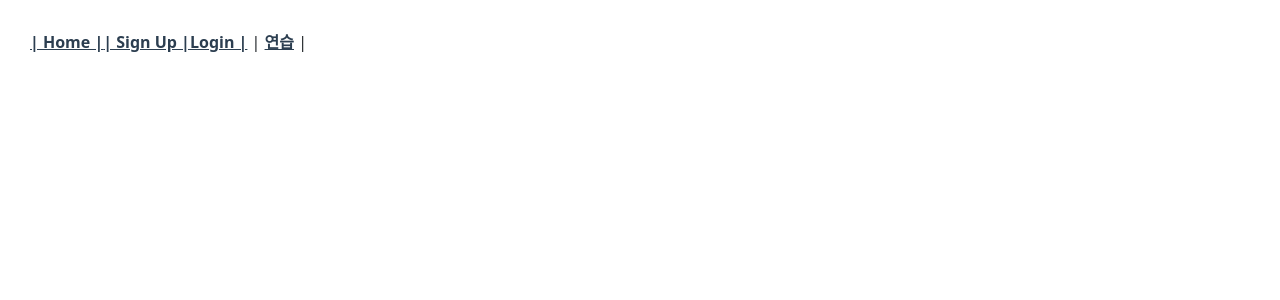
Repository: ryuwc/E_U
Page: /random (app in final-pjt-front/)
The author's editor kept a copy of each file at every save. The page is drawn from the files as they stood at one save, then again after the next save.
The browser window is 1280 px wide. The pictures show the whole page.
The page's requests for data from a server got no answer. The project was rebuilt for these pictures with package versions that can differ from the ones it lists, and the page was loaded fresh each time. No one was signed in, and anything a server would have sent is missing. Also part of the build but not shown: final-pjt-front/vue.config.js.

Above is the page before, as saved 2022-11-20 16:34:00.

### final-pjt-front/public/index.html
<!DOCTYPE html>
<html lang="">
  <head>
    <meta charset="utf-8">
    <meta http-equiv="X-UA-Compatible" content="IE=edge">
    <meta name="viewport" content="width=device-width,initial-scale=1.0">
    <link rel="icon" href="<%= BASE_URL %>favicon.ico">
    <title><%= htmlWebpackPlugin.options.title %></title>
    <link href="https://cdn.jsdelivr.net/npm/bootstrap@5.2.0/dist/css/bootstrap.min.css" rel="stylesheet" integrity="sha384-gH2yIJqKdNHPEq0n4Mqa/HGKIhSkIHeL5AyhkYV8i59U5AR6csBvApHHNl/vI1Bx" crossorigin="anonymous">
    <link rel="preconnect" href="https://fonts.googleapis.com">
    <link rel="preconnect" href="https://fonts.gstatic.com" crossorigin>
    <link href="https://fonts.googleapis.com/css2?family=Pacifico&display=swap" rel="stylesheet">
  </head>
  <body>
    <noscript>
      <strong>We're sorry but <%= htmlWebpackPlugin.options.title %> doesn't work properly without JavaScript enabled. Please enable it to continue.</strong>
    </noscript>
    <div id="app"></div>
    <!-- built files will be auto injected -->
    <script src="https://cdn.jsdelivr.net/npm/bootstrap@5.2.0/dist/js/bootstrap.bundle.min.js" integrity="sha384-A3rJD856KowSb7dwlZdYEkO39Gagi7vIsF0jrRAoQmDKKtQBHUuLZ9AsSv4jD4Xa" crossorigin="anonymous"></script>
  </body>
</html>

### final-pjt-front/src/main.js
import Vue from 'vue'
import App from './App.vue'
import store from './store'
import router from './router'
import './assets/tailwind.css'
import axios from 'axios'

Vue.config.productionTip = false

axios.defaults.xsrfCookieName = 'csrftoken'
axios.defaults.xsrfHeaderName = 'X-CSRFToken'

new Vue({
  store,
  router,
  render: h => h(App)
}).$mount('#app')

### final-pjt-front/src/App.vue
<template>
  <div id="app">
    <nav>
      <router-link  to="/home">| Home |</router-link>
      <router-link v-if="!isLogin" to="/signup">| Sign Up |</router-link>
      <router-link v-if="!isLogin" to="/login">Login |</router-link>
      <button v-if="isLogin" @click="logOut">로그아웃 |</button>
      <router-link v-if="isLogin" to="/edit">정보수정</router-link> |

      <!-- 정보 수정은 프로필 페이지에서만 가능하게 -->
      <!-- <router-link v-if="isLogin" to="/edit">정보수정 |</router-link> -->

      <router-link v-if="isLogin" to="/profile">Profile |</router-link>
      <router-link to="/practice">연습</router-link> |
    </nav>
    <router-view/>
  </div>
</template>

<script>
import { mapActions, mapGetters } from 'vuex';

const moviesStore = 'moviesStore'

export default {

  name: 'App',

  data() {
    return {
    };
  },
  methods: {
    ...mapActions('accountsStore', ['logOut']),
    ...mapActions(moviesStore, ['getMovies']),
    ...mapActions(moviesStore, ['getNowMovies']),

  },
  computed: {
    ...mapGetters('accountsStore', ['isLogin']),
    ...mapGetters('accountsStore', ['nickname']),
  },
  created() {
    this.getMovies(),
    this.getNowMovies()
  }
};
</script>

<style>

nav {
  padding: 30px;
  z-index: 1;
}

nav a {
  font-weight: bold;
  color: #2c3e50;
}

nav a.router-link-exact-active {
  color: #42b983;
}
</style>

### final-pjt-front/src/store/index.js
import Vue from 'vue'
import Vuex from 'vuex'
import accountsStore from './modules/accountsStore'
import moviesStore from './modules/moviesStore';
import createPersistedState from "vuex-persistedstate";
import VuexPersistence from 'vuex-persistedstate'

Vue.use(Vuex)

const vuexLocal = new VuexPersistence({
  storage: window.localStorage,
  modules: ['accountsStore'],
})

export default new Vuex.Store({
  plugins: [createPersistedState()],

  state: {
  },
  getters: {
  },
  mutations: {
  },
  actions: {
  },
  modules: {
    accountsStore: accountsStore,
    moviesStore: moviesStore,
    plugins: [vuexLocal.plugin],
  }
})

### final-pjt-front/src/router/index.js
import Vue from 'vue'
import VueRouter from 'vue-router'

Vue.use(VueRouter)

const routes = [
  {
    path: '/signup',
    name: 'SignView',
    component: () => import('../views/accounts/SignUpView.vue')
  },
  {
    path: '/login',
    name: 'LoginView',
    component: () => import('../views/accounts/LoginView.vue'),

  //   beforeEnter(to, from, next) {
  //     // 이미 로그인 되어있는 경우
  //     this.$store.getters[accountsStore + "/i"] ? next({ name: "home" }) : next();
  //     to, from, next;
  //     console.log();
  //     // if (localStorage.getItem('token')) {
  //     //   // 메인 페이지로 이동
  //     //   next({ name: 'main' });
  //     // } else {
  //     //   next();
  //     // }
  //   }
  },
  {
    path: '/edit',
    name: 'EditUserView',
    component: () => import('../views/accounts/EditUserView.vue')
  },
  {
    path: '/profile',
    name: 'ProfileView',
    component: () => import('../views/accounts/ProfileView.vue')
  },
  {
    path: '/',
    name: 'IntroPageView',
    component: () => import('../views/movies/IntroPageView.vue')
  },
  {
    path: '/home',
    name: 'MovieView',
    component: () => import('../views/movies/MovieView.vue')
  },
  {
    path: '/practice',
    name: 'PracticeView',
    component: () => import('../views/accounts/PracticeView.vue')
  },
  {
    path: '/test',
    name: 'TestView',
    component: () => import('../views/accounts/TestView.vue')
  },
  {
    path: '/choice',
    name: 'ChoiceMovieView',
    component: () => import('../views/accounts/ChoiceMovieView.vue')
  },
  {
    path: '/random',
    name: 'RandomMovieView',
    component: () => import('../views/movies/RandomMovieView.vue')
  },
  {
    path: '/:id',
    name: 'MovieDetailInfoView',
    component: () => import('../views/movies/MovieDetailInfoView.vue')
  },
]

const router = new VueRouter({
  mode: 'history',
  base: process.env.BASE_URL,
  routes
})

// 로컬스토리지에서 토큰 가져오기
// console.log(JSON.parse(localStorage.getItem("vuex")).accountsStore.token);


// // 전역 가드
// router.beforeEach((to, from, next) => {
//   // 로그인 되어 있는지 확인 (위의 방법 확인)
//   const isLogin = JSON.parse(localStorage.getItem("vuex")).accountsStore.token ? true : false;
//   // 로그인이 필요한 페이지
//   const authPages = ['EditUserView', 'profile'];
//   // 앞으로 이동할 페이지(to)가 로그인이 필요한 페이지에 속하는지 확인
//   const authRequired = authPages.includes(to.name);
//   // 로그인이 필요한 페이지에 로그인이 되어 있지 않으면 로그인 페이지로 이동
//   if (authRequired && !isLogin) {
//     next('/login');
//     // 로그인이 필요 없는 페이지에 로그인이 되어 있으면 메인 페이지로 이동
//   } else{
//     next();
//   }
// })

export default router

### final-pjt-front/src/store/modules/accountsStore.js
import axios from "axios";
import router from "@/router";

const API_URL = "http://127.0.0.1:8000";

const accountsStore = {
  namespaced: true,
  state: {
    token: "",
    user: {},
    usernames: [],
  },
  getters: {
    authHead: (state) => ({ Authorization: `Token ${state.token}` }),
    user: (state) => state.user,
    username: (state) => state.user.username,
    nickname: (state) => state.user.nickname || state.user.username,
    isLogin: (state) => state.token ? true : false,
    usernames: (state) => state.usernames,
  },
  mutations: {
    SET_TOKEN: (state, token) => ( state.token = token ),
    SET_USER: (state, user) => (state.user = user),
  },
  actions: {
    test() {
      console.log("test");
    },
    getUserInfo({ commit, getters }, username) {
      axios({
        method: "get",
        url: `${API_URL}/accounts/profile/${username}`,
        headers: getters.authHead,
      })
        .then((res) => {
          console.log(res.data);
          commit("SET_USER", res.data);
        })
        .catch((err) => {
          console.log(err);
        });
    },

    signUp({ state }, user) {
      // console.log("sign up");
      // console.log(user);
      let signUpuser = {
        username: user.username,
        nickname: user.nickname,
        password1: user.password1,
        password2: user.password2,
      };
      if (!user.nickname) {
        signUpuser = {
          username: user.username,
          password1: user.password1,
          password2: user.password2,
        };
      }
      // console.log(signUpuser);
      axios({
        method: "post",
        url: "http://127.0.0.1:8000/accounts/signup/",
        data: { ...signUpuser },
      })
        .then((res) => {
          res
          state.usernames.push(user.username);
          router.push({ name: "LoginView" });
        })
        .catch((err) => {
          console.log(err);
        });
    },
    login({ commit, dispatch }, user) {
        // console.log(user);
        axios({
          method: 'post',
          url: `${API_URL}/accounts/login/`,
          data: { ...user },
        })
        .then(res => {
          // console.log(res);
          commit('SET_TOKEN', res.data.key);
          dispatch('getUserInfo', user.username);
        })
        .catch((err) => {
          console.log(err);
        });
      },
      logOut({ commit, getters }) {
        console.log("logout", getters.authHead);
        axios({
          method: 'post',
          url: `${API_URL}/accounts/logout/`,
          headers: getters.authHead,
        })
        .then(res => {
          console.log(res);
          commit('SET_TOKEN', '');
          commit('SET_USER', {});
        })
        .catch(err => {
          console.log(err);
        })
      },
      editUserInfo({ dispatch, commit, getters }, user) {
        // console.log(user);
        commit
        user
        const userOrigin = getters.user;
        // console.log(userOrigin);
        const userNew = { ...userOrigin, ...user };
        // console.log(userNew);
        // console.log(getters.authHead);
        axios({
          method: 'put',
          url: `${API_URL}/accounts/profile/${getters.username}/`,
          data: { ...userNew },
          headers: getters.authHead,
        })
        .then(res => {
          console.log(res);
          // commit('SET_USER', res.data);
          dispatch('getUserInfo', res.data.username);
        })
      },
      editPassword({ getters }, password) {
        // console.log(password);
        axios({
          method: 'post',
          url: `${API_URL}/accounts/password/change/`,
          headers: getters.authHead,
          data: { ...password },
        })
        .then(() => {
          alert('비밀번호 변경에 성공했습니다.');
        })
        .catch(err => {
          console.log(err);
        })
      },
  }
}

export default accountsStore

### final-pjt-front/src/store/modules/moviesStore.js
import axios from "axios";

const API_URL = "http://127.0.0.1:8000";

const moviesStore = {
  namespaced: true,
  state: {
    movies: null,
    nowmovies: null,
    movie: null,
    movieId: null,
    reviews: null,
    loading: false,
    allGenres:
      {
      12: "모험",
      14: "판타지",
      16: "애니메이션",
      18: "드라마",
      27: "공포",
      28: "액션",
      35: "코미디",
      36: "역사",
      37: "서부",
      53: "스릴러",
      80: "범죄",
      99: "다큐멘터리",
      878: "SF",
      9648: "미스터리",
      10402: "음악",
      10749: "로맨스",
      10751: "가족",
      10752: "전쟁",
      10770: "TV 영화"
    },
  },
  getters: {
    movies: (state) => state.movies,
    nowmovies: (state) => state.nowmovies,
    movie: (state) => state.movie,
    movieId: (state) => state.movieId,
    reviews: (state) => state.reviews,
    loading: (state) => state.loading,
    allGenres: (state) => state.allGenres,
    // 장르별 영화들
    genre12: (state) => state.movies.filter((movie) => movie.genres.includes(12)),
    genre14: (state) => state.movies.filter((movie) => movie.genres.includes(14)),
    genre16: (state) => state.movies.filter((movie) => movie.genres.includes(16)),
    genre18: (state) => state.movies.filter((movie) => movie.genres.includes(18)),
    genre27: (state) => state.movies.filter((movie) => movie.genres.includes(27)),
    genre28: (state) => state.movies.filter((movie) => movie.genres.includes(28)),
    genre35: (state) => state.movies.filter((movie) => movie.genres.includes(35)),
    genre36: (state) => state.movies.filter((movie) => movie.genres.includes(36)),
    genre37: (state) => state.movies.filter((movie) => movie.genres.includes(37)),
    genre53: (state) => state.movies.filter((movie) => movie.genres.includes(53)),
    genre80: (state) => state.movies.filter((movie) => movie.genres.includes(80)),
    genre99: (state) => state.movies.filter((movie) => movie.genres.includes(99)),
    genre878: (state) => state.movies.filter((movie) => movie.genres.includes(878)),
    genre9648: (state) => state.movies.filter((movie) => movie.genres.includes(9648)),
    genre10402: (state) => state.movies.filter((movie) => movie.genres.includes(10402)),
    genre10749: (state) => state.movies.filter((movie) => movie.genres.includes(10749)),
    genre10751: (state) => state.movies.filter((movie) => movie.genres.includes(10751)),
    genre10752: (state) => state.movies.filter((movie) => movie.genres.includes(10752)),
    genre10770: (state) => state.movies.filter((movie) => movie.genres.includes(10770)),
  },
  mutations: {
    GET_MOVIES (state, movies){
      state.movies = movies
      // console.log('movie', state.movies)
      state.loading = true
    },
    GET_NOW_MOVIES (state, nowmovies){
      state.nowmovies = nowmovies
      console.log('now_movie',state.nowmovies)
    },
    GET_MOVIE: (state, movie) => (state.movie = movie),
    GET_REVIEW: (state, reviews) => (state.reviews = reviews),

  },
  actions: {
    getMovies({ commit }) {
      axios({
        method: "get",
        url: `${API_URL}/movies/`,
      })
      .then(res => {

        commit('GET_MOVIES', res.data);
      })
      .catch(err => {
        console.log(err);
      })
    },

    getNowMovies({ commit }) {
      axios({
        method: "get",
        url: `${API_URL}/movies/now/`,
      })
      .then(res => {
        console.log('res응답' ,res)
        commit('GET_NOW_MOVIES', res.data);
      })
      .catch(err => {
        console.log(err);
      })
    },

    getMovieDetail({ state, commit, getters }, movieId) {
      axios({
        method: "get",
        url: `${API_URL}/movies/${movieId}/`,
      })
      .then(res => {
        // console.log(res);
        const thisMovieGenre = []
        const movie = {...res.data, thisMovieGenre}
        const keys = Object.keys(getters.allGenres);
        for(let i = 0; i < keys.length; i++) {
        const key = keys[i];
        const value = getters.allGenres[key];
        for (let i = 0; i < movie.genres.length; i++) {
          if (movie.genres[i] === Number(key)) {
            movie.thisMovieGenre.push(value);
          }
        }
      }
        state.movieId = movieId
        commit("GET_MOVIE", movie);
      })
      .catch(err => {
        console.log(err);
      })
    },

    getReview({ commit }, movieId) {
      axios({
        method: "get",
        url: `${API_URL}/movies/${movieId}/review/`,
      })
      .then(res => {
        console.log(res);
        commit("GET_REVIEW", res.data);
      })
      .catch(err => {
        console.log(err);
      })
    },


  }
}

export default moviesStore

### final-pjt-front/src/views/movies/RandomMovieView.vue
<template>
  <div>

  </div>
</template>

<script>
export default {
  name: 'RandomMovieView',

  data() {
    return {

    };
  },

  mounted() {

  },

  methods: {

  },
};
</script>

<style scoped>

</style>

### final-pjt-front/tailwind.config.js
/** @type {import('tailwindcss').Config} */
module.exports = {
  corePlugins: {
    preflight: false,
  },
  content: ['./src/views/accounts/*.{vue,js,ts,jsx,tsx}', './src/views/movies/MovieDetailInfoView.vue'],
  theme: {
    extend: {},
  },
  plugins: [],
}

Loaded but not shown: final-pjt-front/src/assets/tailwind.css (common file)

After the next save:
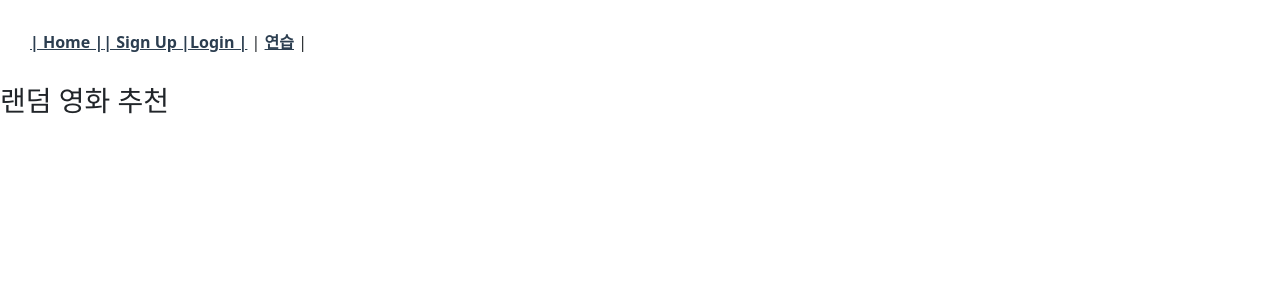
Saved 14 s later.
--- a/final-pjt-front/src/views/movies/RandomMovieView.vue
+++ b/final-pjt-front/src/views/movies/RandomMovieView.vue
@@ -1,6 +1,6 @@
 <template>
   <div>
-
+    <h3>랜덤 영화 추천</h3>
   </div>
 </template>
 
